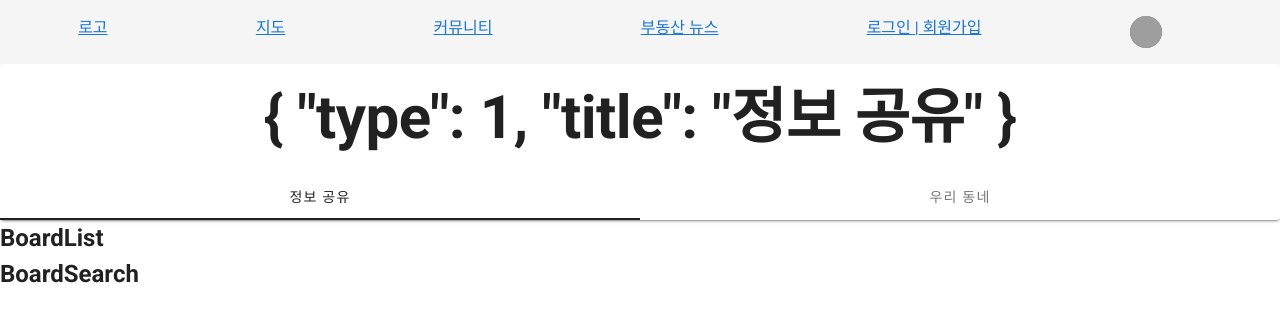
Repository: misso88/vue-whereIsMyHome
Page: /community
An editor plug-in stored every save of this project. The page is shown before and after the next save, followed by the edit.
The browser window is 1280 px wide. The pictures show the whole page.
The project was rebuilt for these pictures with package versions that can differ from the ones it lists, and the page was loaded fresh each time. Also part of the build but not shown: vue.config.js, src/views/AppMain.vue, src/components/house/sidebar/HouseListItem.vue, src/components/house/sidebar/HouseList.vue, src/components/house/sidebar/HouseListFilter.vue, src/components/house/sidebar/HouseSidebar.vue, src/components/house/map/HouseMapFilter.vue, src/components/house/map/HouseMap.vue and 2 more.

Above is the page before, as saved 2022-11-16 10:39:14.

### public/index.html
<!DOCTYPE html>
<html lang="en">
  <head>
    <meta charset="utf-8" />
    <meta http-equiv="X-UA-Compatible" content="IE=edge" />
    <meta name="viewport" content="width=device-width,initial-scale=1.0" />
    <link rel="icon" href="<%= BASE_URL %>favicon.ico" />
    <title><%= htmlWebpackPlugin.options.title %></title>
    <link
      rel="stylesheet"
      href="https://fonts.googleapis.com/css?family=Roboto:100,300,400,500,700,900"
    />
    <link
      rel="stylesheet"
      href="https://cdn.jsdelivr.net/npm/@mdi/font@latest/css/materialdesignicons.min.css"
    />
    <link
      rel="stylesheet"
      href="https://fonts.googleapis.com/css?family=Roboto:100,300,400,500,700,900"
    />
    <link
      rel="stylesheet"
      href="https://cdn.jsdelivr.net/npm/@mdi/font@latest/css/materialdesignicons.min.css"
    />
    <!-- <style>
      html{
        overflow-y: hidden !important;
      }
    </style> -->
  </head>
  <body>
    <noscript>
      <strong
        >We're sorry but <%= htmlWebpackPlugin.options.title %> doesn't work properly without
        JavaScript enabled. Please enable it to continue.</strong
      >
    </noscript>
    <div id="app"></div>
    <!-- built files will be auto injected -->
  </body>
</html>

### src/App.vue
<template>
  <v-app>
    <v-app-bar app elevation="0" absolute clipped-left>
      <the-header></the-header>
    </v-app-bar>
    <v-main>
      <router-view></router-view>
    </v-main>
  </v-app>
</template>

<script>
import TheHeader from "@/components/layout/TheHeader";

export default {
  name: "App",
  components: {
    TheHeader,
  },
};
</script>

### src/router/index.js
import Vue from 'vue'
import VueRouter from 'vue-router'

import AppMain from '@/views/AppMain'
import AppHouse from '@/views/AppHouse'
// import AppCommunity from '@/views/AppCommunity'
import AppNews from '@/views/AppNews'
// import AppMember from '@/views/AppMember'


Vue.use(VueRouter)

const routes = [
  {
    path: '/',
    name: 'main',
    component: AppMain
  },
  {
    path: '/map',
    name: 'map',
    component: AppHouse
  },
  {
    path: '/community',
    name: 'community',
    component: () => import("@/views/AppCommunity"),
    redirect: "/community/list",
    children: [
      {
        path: "list",
        name: "boardlist",
        component: () => import("@/components/board/BoardList")
      },
    ]
  },
  {
    path: '/news',
    name: 'news',
    component: AppNews
  },
  {
    path: '/member',
    name: 'member',
    component: () => import("@/views/AppMember"),
    children: [
      {
        path: "login",
        name: "login",
        component: () => import("@/components/member/MemberLogin")
      },
      {
        path: "join",
        name: "join",
        component: () => import("@/components/member/MemberJoin")
      },
    ]
  },
  {
    path: "/profile",
    name: "profile",
    component: () => import("@/views/TempProfile"),
    children: [
      {
        path: "mypage",
        name: "mypage",
        component: () => import("@/components/profile/ProfileMypage")
      },
      {
        path: "wishlist",
        name: "wishlist",
        component: () => import("@/components/profile/ProfileWishlist")
      },
      {
        path: "notice",
        name: "notice",
        component: () => import("@/components/profile/ProfileNotice")
      },
      {
        path: "helpcenter",
        name: "helpcenter",
        component: () => import("@/components/profile/ProfileHelpcenter")
      },
    ]
  },
]

const router = new VueRouter({
  mode: 'history',
  base: process.env.BASE_URL,
  routes
})

export default router

### src/store/index.js
import Vue from 'vue'
import Vuex from 'vuex'
import createPersistedState from "vuex-persistedstate";

Vue.use(Vuex)

export default new Vuex.Store({
  state: {
    type: null,
  },
  getters: {
  },
  mutations: {
    SET_TYPE (state, type) {
      state.type = type;
    },
  },
  actions: {
  },
  modules: {},
  plugins: [
    createPersistedState({
      // 브라우저 종료시 제거하기 위해 localStorage가 아닌 sessionStorage로 변경. (default: localStorage)
      storage: sessionStorage,
    }),
  ],

})

### src/components/layout/TheHeader.vue
<template>
  <v-row  class="d-flex justify-space-around">
    <router-link
      v-for="item in header" :key="item.name"
      :to="{ name: item.name}" > {{ item.title }}</router-link>
    <!-- 프로필 -->
     <v-avatar
          class="mr-10"
          color="grey darken-1"
          size="32"
        >
      <v-menu offset-y>
      <template v-slot:activator="{ on, attrs }">
        <v-btn
          color="grey"
          v-bind="attrs"
          v-on="on"
        >
          <!-- 프로필 이미지 -->
        </v-btn>
      </template>
      <v-list>
        <v-list-item
          v-for="(item, index) in profile"
          :key="index"
        >
          <router-link :to="{ name: item.name}" > {{ item.title }}</router-link>
        </v-list-item>
      </v-list>
    </v-menu>
    </v-avatar>
  </v-row>
</template>

<script>
export default {
    name: "TheHeader",
    data() {
        return {
          header: [],
          profile: []
        };
    },
    created() {
      this.header = [
        {
          name: "main",
          title: "로고"
        },
        {
          name: "map",
          title: "지도"
        },
        {
          name: "community",
          title: "커뮤니티"
        },
        {
          name: "news",
          title: "부동산 뉴스"
        },
        {
          name: "login",
          title: "로그인 | 회원가입"
        },
      ],
      this.profile = [
        {
          name: "mypage",
          title: "내정보"
        },
        {
          name: "wishlist",
          title: "찜 목록"
        },
        {
          name: "notice",
          title: "공지사항"
        },
        {
          name: "helpcenter",
          title: "고객센터"
        },
        {
          name: "mypage",
          title: "로그아웃"
        },
      ]
    }
}
</script>

<style>

</style>

### src/views/AppCommunity.vue
<template>
  <div>
    <board-header></board-header>
    <router-view></router-view>
  </div>

</template>

<script>
import BoardHeader from "@/components/board/BoardHeader";

export default {
  name: "AppCommunity",
  components: {
    BoardHeader,
  },
};
</script>

<style>

</style>

### src/components/board/BoardList.vue
<template>
  <div>
    <h2>BoardList</h2>
    <board-search></board-search>
    <div>{{ type }}</div>
  </div>
</template>

<script>
import BoardSearch from "@/components/board/BoardSearch";
export default {
    name: "BoardList",
    data() {
        return {
            type: 0
        }
    },
    created() {
        console.log("created");
        this.type = this.$store.state.type;
        console.log(this.type);
    },
    components: {
        BoardSearch
    }
}
</script>

<style>

</style>

### src/components/board/BoardHeader.vue
<template>
  <!-- <div>
    <h2>BoardHeader</h2>
    <button @click="a('1')">정보 공유</button>
    <button @click="a('2')">우리 동네</button>
  </div> -->
  <v-card color="basil">
    <v-card-title class="text-center justify-center py-6">
      <h1 class="font-weight-bold text-h2 basil--text">
        {{tab}}
      </h1>
    </v-card-title>
    <v-tabs
      background-color="transparent"
      color="basil"
      grow
    >
      <v-tab
        v-for="item in tabs"
        :key="item"
      >
        {{ item.title }}
      </v-tab>
    </v-tabs>
  </v-card>
</template>

<script>
export default {
    name: "BoardHeader",
    data () {
      return {
        tab: null,
        tabs: [
          {
            type: 1,
            title: "정보 공유"
          },
          {
            type: 2,
            title: "우리 동네"
          },
        ],
        text: 'Lorem ipsum dolor sit amet, consectetur adipiscing elit, sed do eiusmod tempor incididunt ut labore et dolore magna aliqua. Ut enim ad minim veniam, quis nostrud exercitation ullamco laboris nisi ut aliquip ex ea commodo consequat.',
      }
    },
    created() {
      this.tab = this.tabs[0];
    },
    methods: {
        a(type){
            this.$store.commit("SET_TYPE", type);
            this.$router.go({
                name: "boardlist",
            });
        }
    },
};
</script>

<style>

</style>

### src/components/board/BoardSearch.vue
<template>
  <div>
    <h2>BoardSearch</h2>
  </div>
</template>

<script>
export default {

}
</script>

<style>

</style>

Loaded but not shown: src/main.js (common file); src/plugins/vuetify.js (common file)

After the next save:
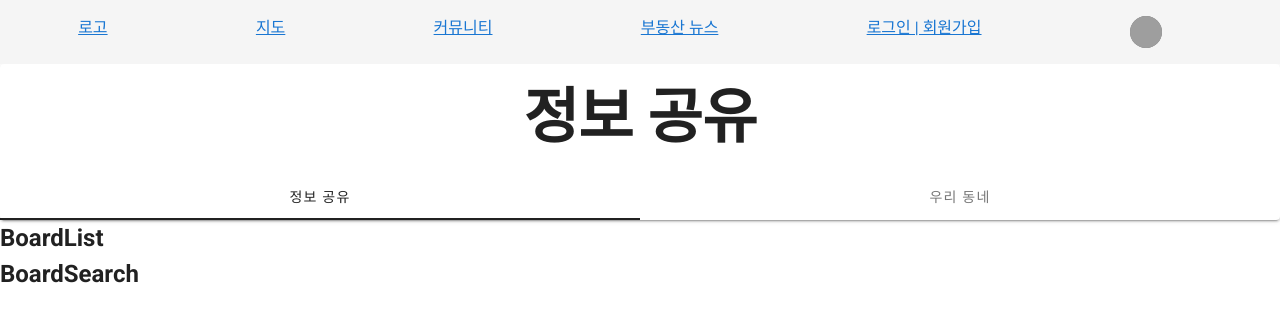
Saved 6 s later.
--- a/src/components/board/BoardHeader.vue
+++ b/src/components/board/BoardHeader.vue
@@ -45,7 +45,7 @@ export default {
       }
     },
     created() {
-      this.tab = this.tabs[0];
+      this.tab = this.tabs[0].title;
     },
     methods: {
         a(type){
